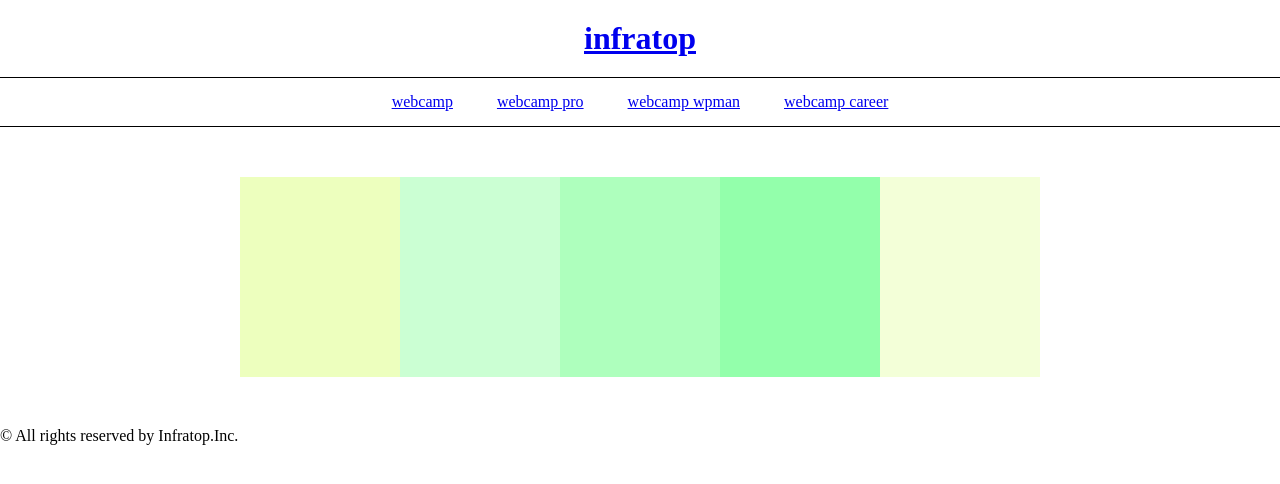
Repository: Y-takumi0/DMMwebcamp
Page: exercise/chapter5.html
The author's editor kept a record of every edit. The page is drawn from the files as they stood at one moment, then again after the next edit.
The browser window is 1280 px wide. The pictures show the whole page.

Above is the page before.

After the next edit:
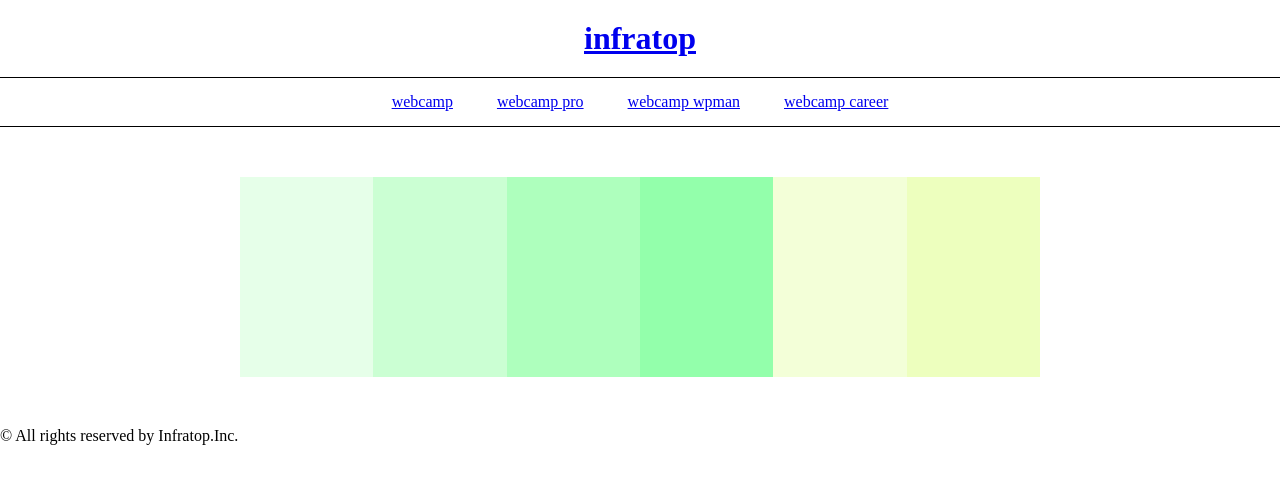
The edit:
--- a/exercise/chapter5.css
+++ b/exercise/chapter5.css
@@ -65,7 +65,7 @@
   background-color: #f3ffd8
 }
 
-.square1 {
+.square6 {
   width: 200px;
   height: 200px;
   background-color: #edffbe;
